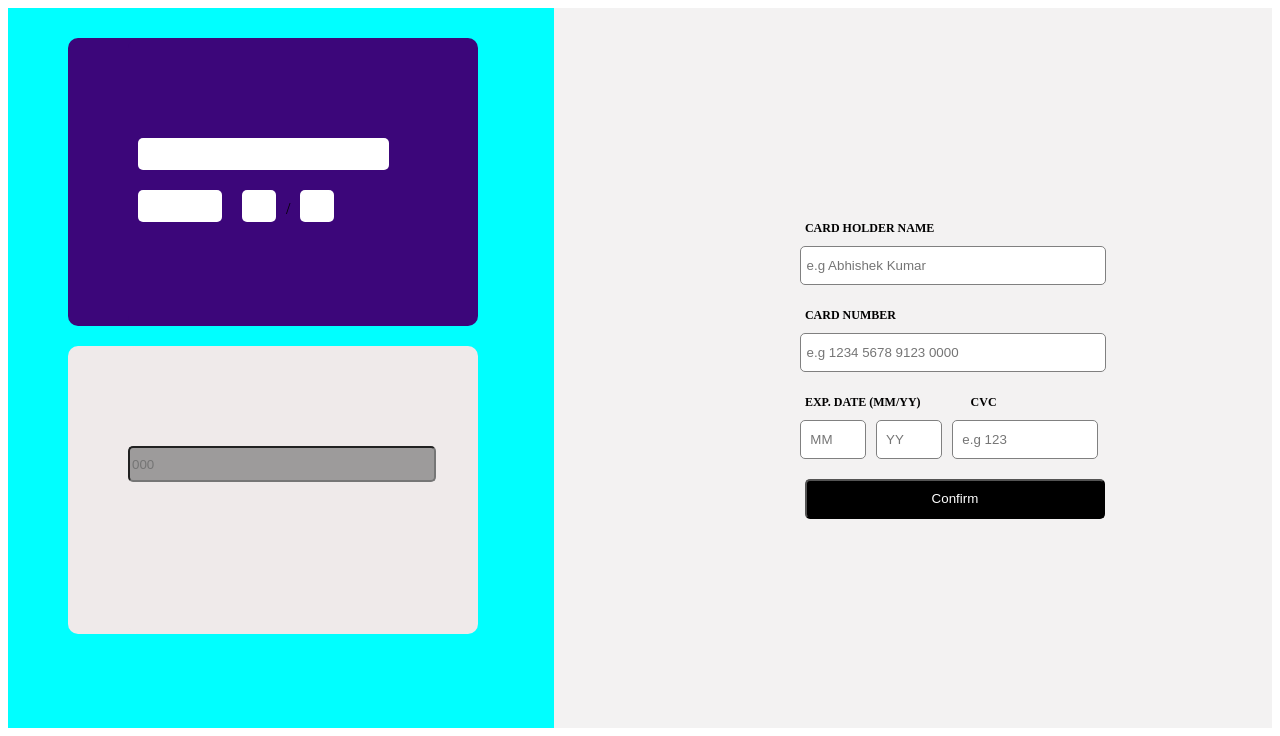
Repository: Abhi2359/frontendchallenge-1
Page: /
The author's editor kept a copy of each file at every save. The page is drawn from the files as they stood at one save, then again after a run of saves.
The browser window is 1280 px wide. The pictures show the whole page.
The project was rebuilt for these pictures with package versions that can differ from the ones it lists, and the page was loaded fresh each time.

Above is the page before, as saved 2023-02-15 20:15:26.

After the next 3 saves:
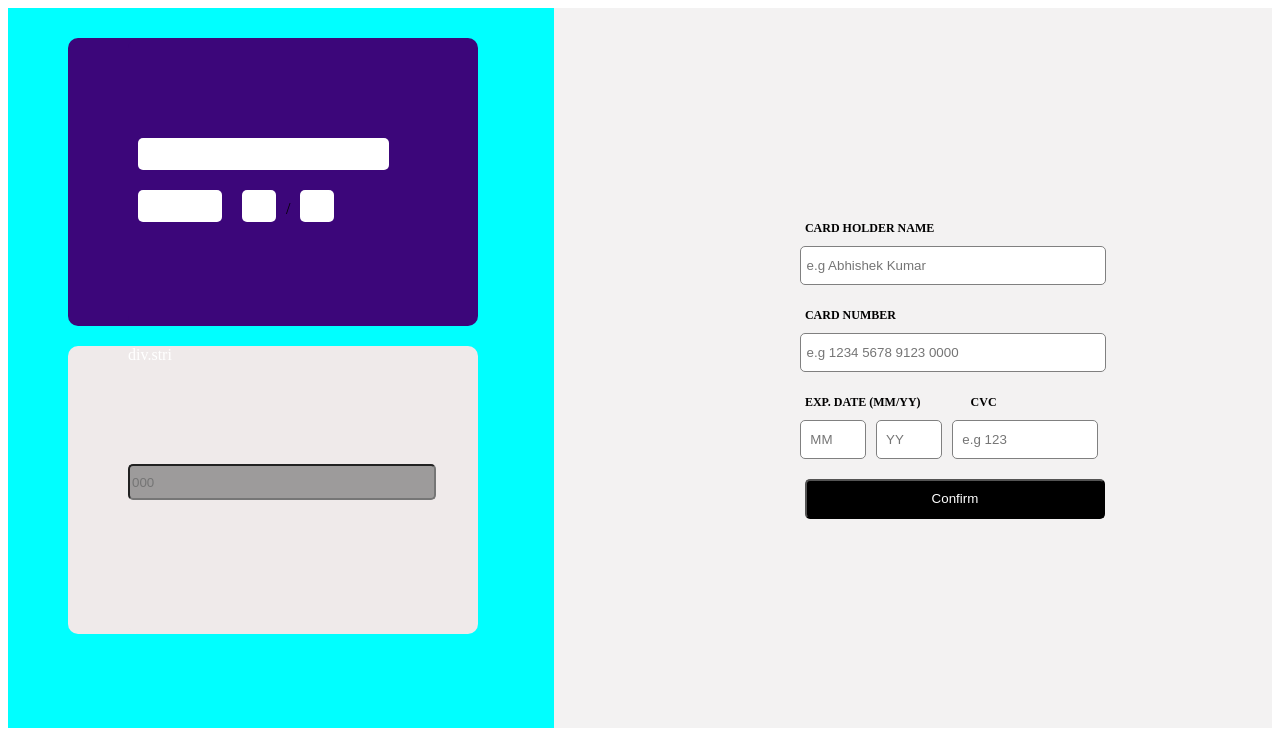
The 3 saves are shown as one change because they came seconds apart.
The last was saved 46 s later.
--- a/src/components/Cards/Card2.js
+++ b/src/components/Cards/Card2.js
@@ -5,6 +5,7 @@
   return (
     <>
       <div className="card2">
+        div.stri
         <div class="_card__number2">
 
           <input type="text" value={cvc} readOnly className="card2_input" placeholder="000" />

After the 2 saves that followed:
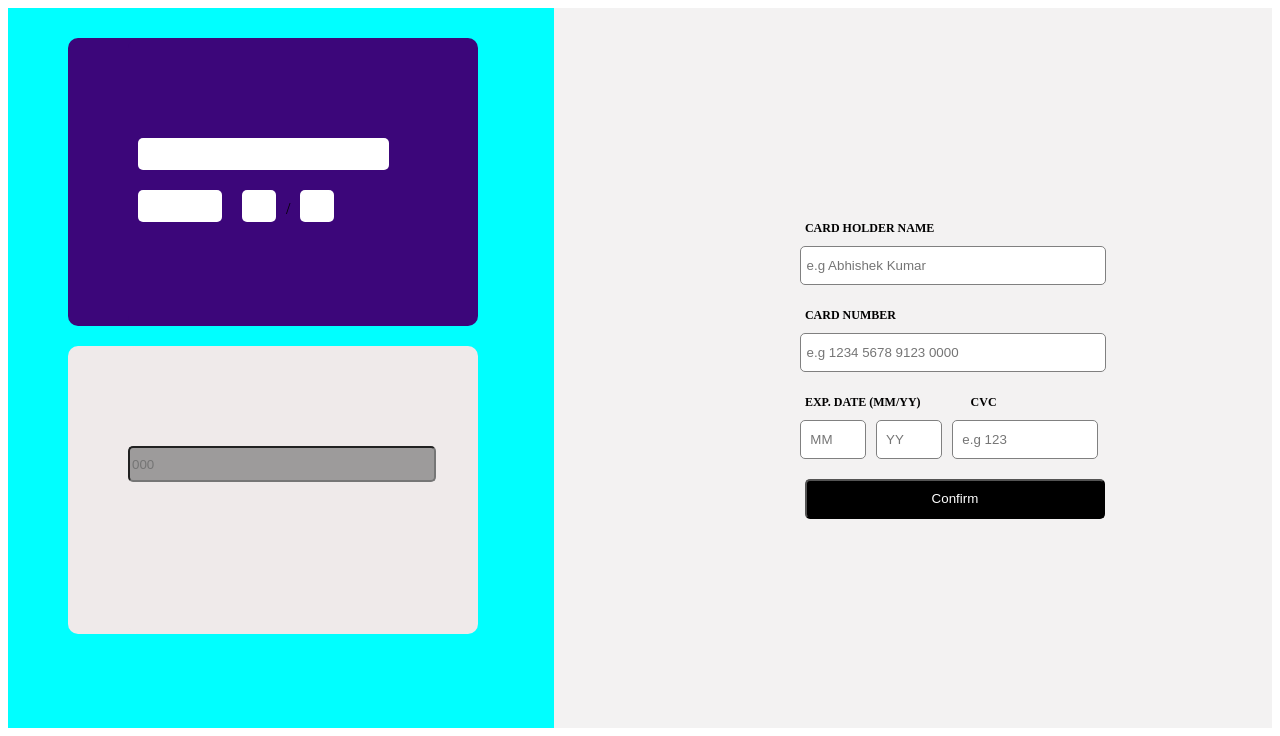
The 2 saves are shown as one change because they came seconds apart.
The last was saved 6 s later.
--- a/src/components/Cards/Card2.js
+++ b/src/components/Cards/Card2.js
@@ -5,7 +5,9 @@
   return (
     <>
       <div className="card2">
-        div.stri
+        <div class="strip">
+
+        </div>
         <div class="_card__number2">
 
           <input type="text" value={cvc} readOnly className="card2_input" placeholder="000" />
